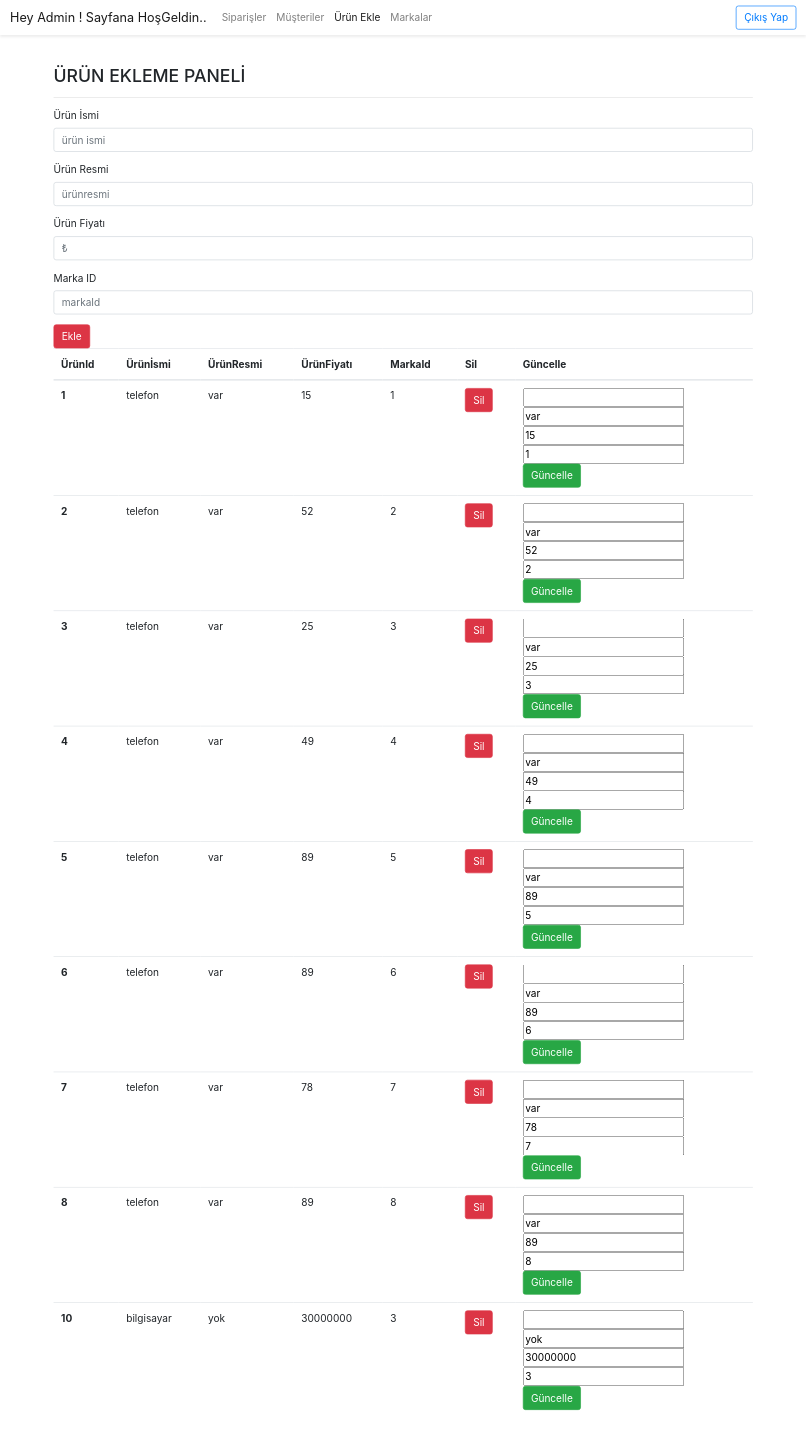
Repository: NergisAktug/E-Commerce-PythonWithFlask-Sqlite3
Page: http://localhost/urunEkle
The author's editor kept a copy of each file at every save. The page is drawn from the files as they stood at one save, then again after the next save.
The browser window is 1280 px wide. The pictures show the whole page, at 63% of full size.
Some web libraries are served in a nearby version. The page is served by the project's application, run on Flask 3 (app.py). The page reads the database file committed with the project.

Above is the page before, as saved 2018-12-09 23:26:36.

After the next save:
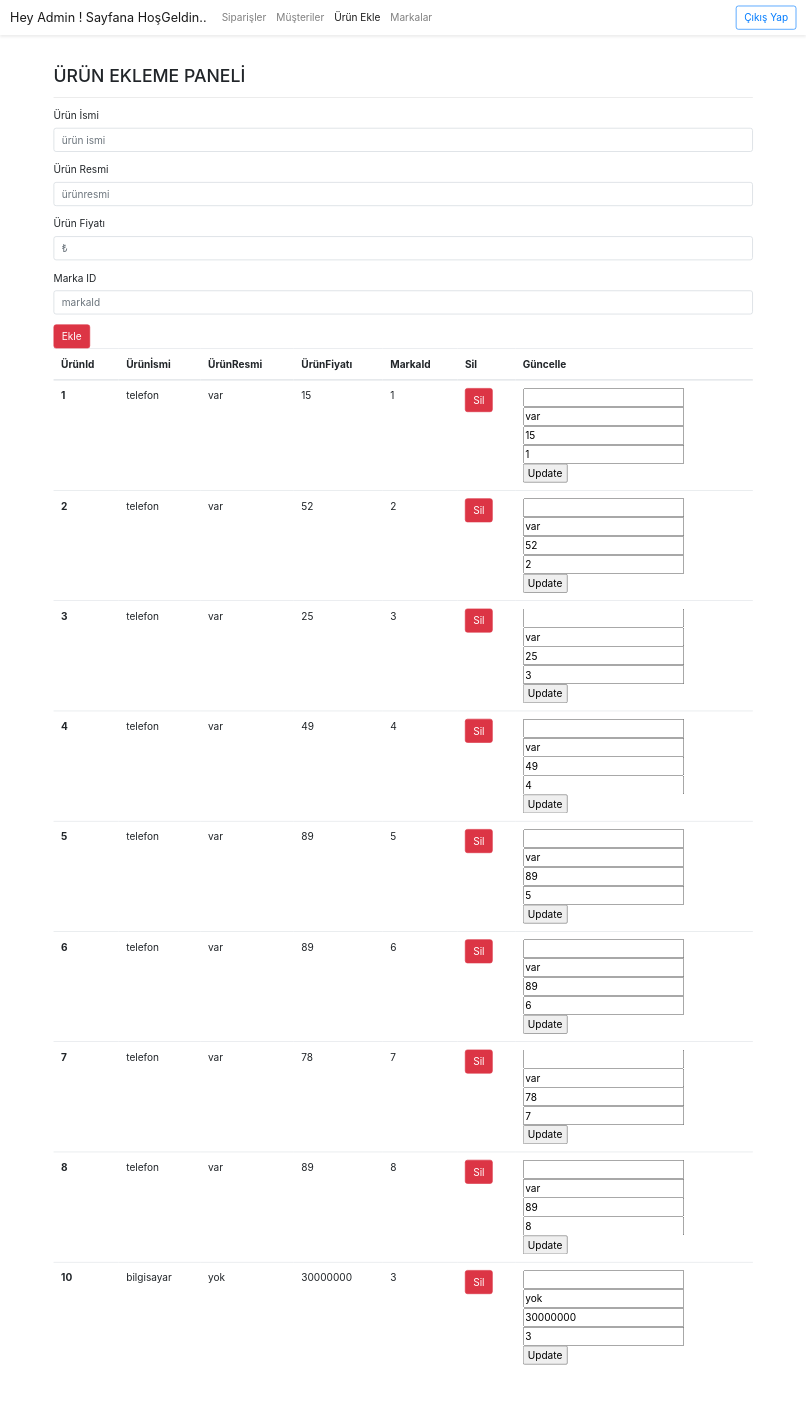
Saved 35 s later.
--- a/templates/urunEkle.html
+++ b/templates/urunEkle.html
@@ -96,7 +96,7 @@
                               <input type="text" value="{{veri.urunresmi}}" name="urunresmi"><br>
                               <input type="number" value="{{veri.urunFiyati}}" name="urunFiyati"><br>
                               <input type="number" value="{{veri.markaId}}" name="markaId"><br>
-                              <button type="button" class="btn btn-success" value="Update">Güncelle</button>
+                              <input type="submit" value="Update">
                             </form>
                           </td>
                           {% endif %}

After the save that followed:
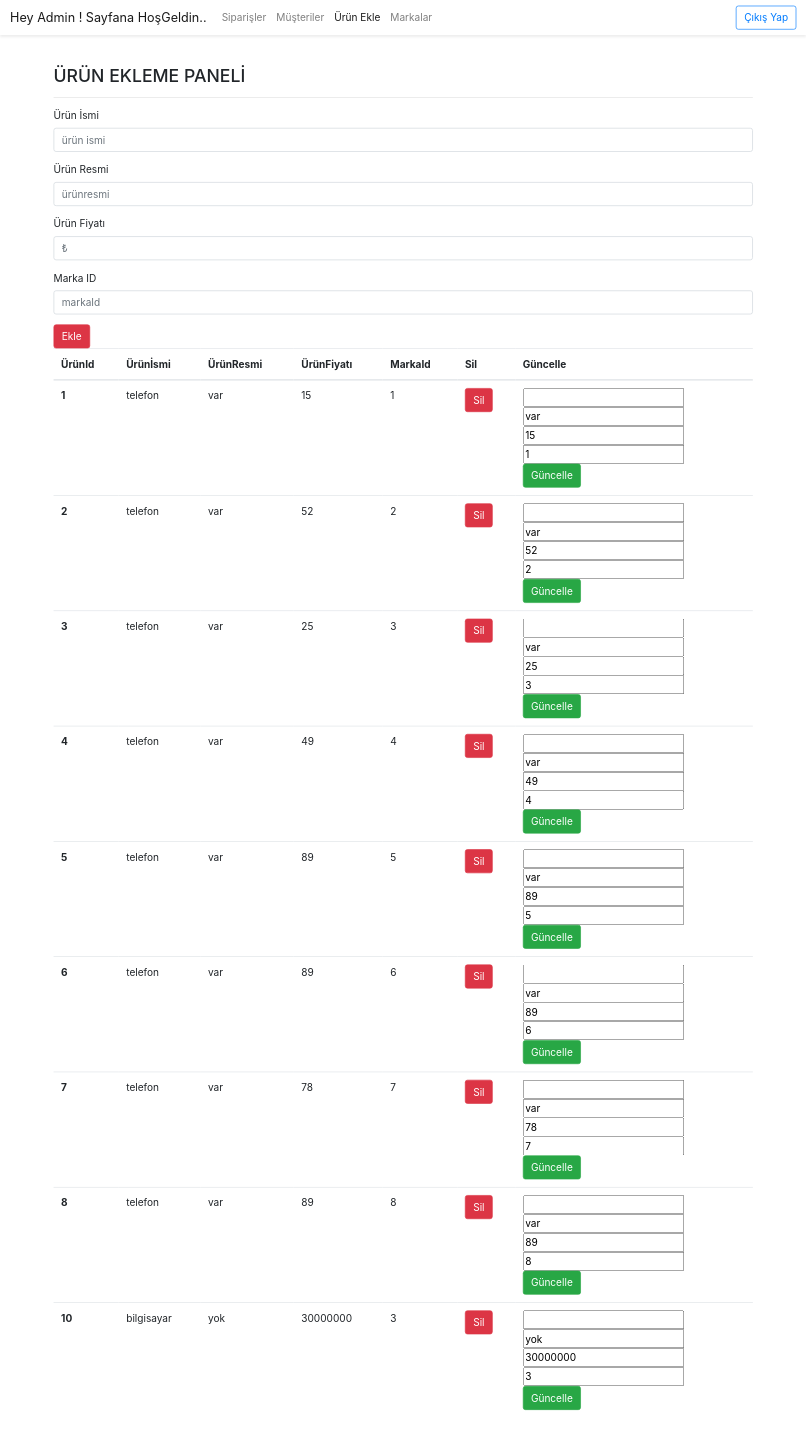
Saved 48 s later.
--- a/templates/urunEkle.html
+++ b/templates/urunEkle.html
@@ -96,7 +96,7 @@
                               <input type="text" value="{{veri.urunresmi}}" name="urunresmi"><br>
                               <input type="number" value="{{veri.urunFiyati}}" name="urunFiyati"><br>
                               <input type="number" value="{{veri.markaId}}" name="markaId"><br>
-                              <input type="submit" value="Update">
+                              <input type="submit" value="Güncelle" class="btn btn-success">
                             </form>
                           </td>
                           {% endif %}
